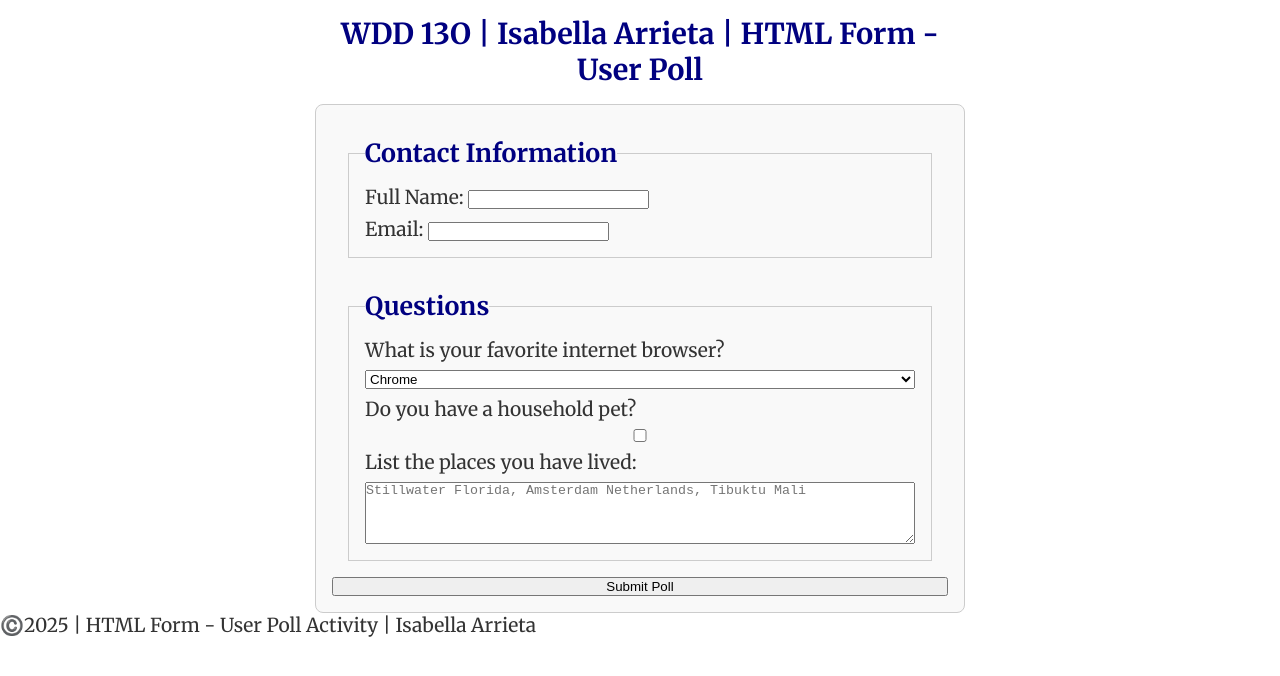
Repository: isaAJ05/wdd130
Page: week05/poll-form.html
An editor plug-in stored every save of this project. The page is shown before and after the next save, followed by the edit.
The browser window is 1280 px wide. The pictures show the whole page.

Above is the page before, as saved 2025-06-14 18:39:58.

After the next save:
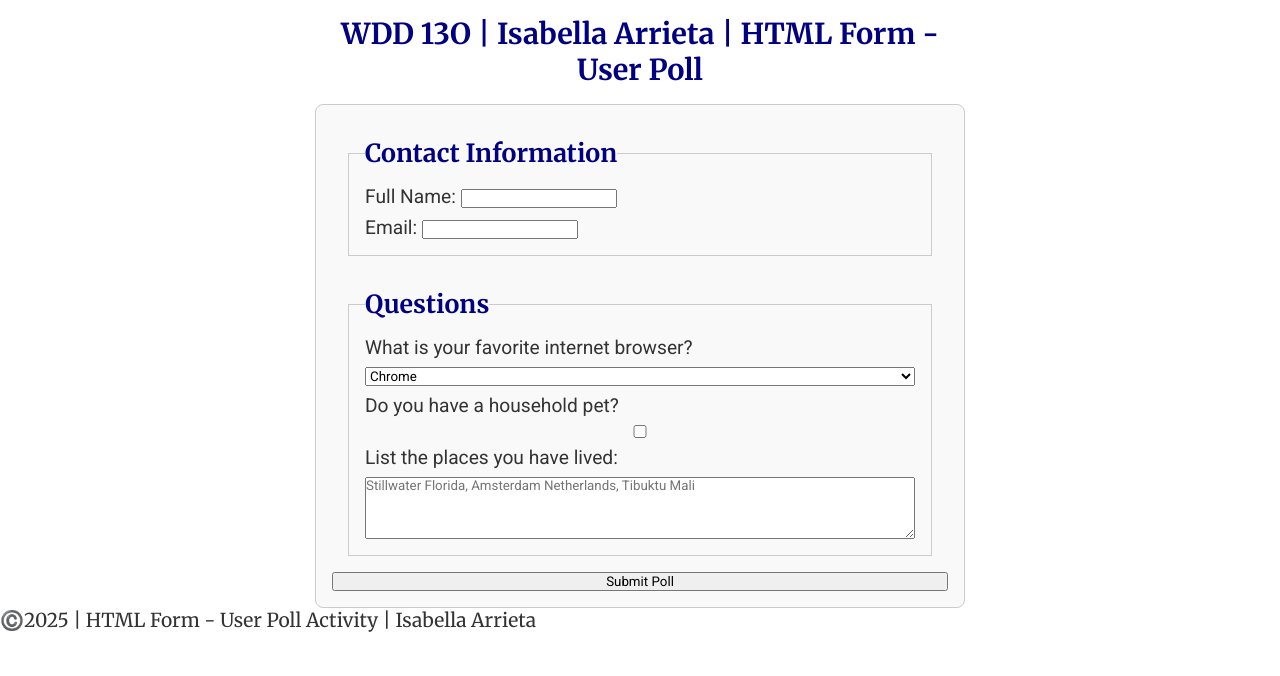
Saved 8 s later.
--- a/week05/styles/poll-form.css
+++ b/week05/styles/poll-form.css
@@ -41,5 +41,5 @@ legend {
     font-size: 1.3em;
 }
 label, input, button, select, textarea {
-    font-family:
+    font-family: Roboto, Arial, sans-serif;
 }
